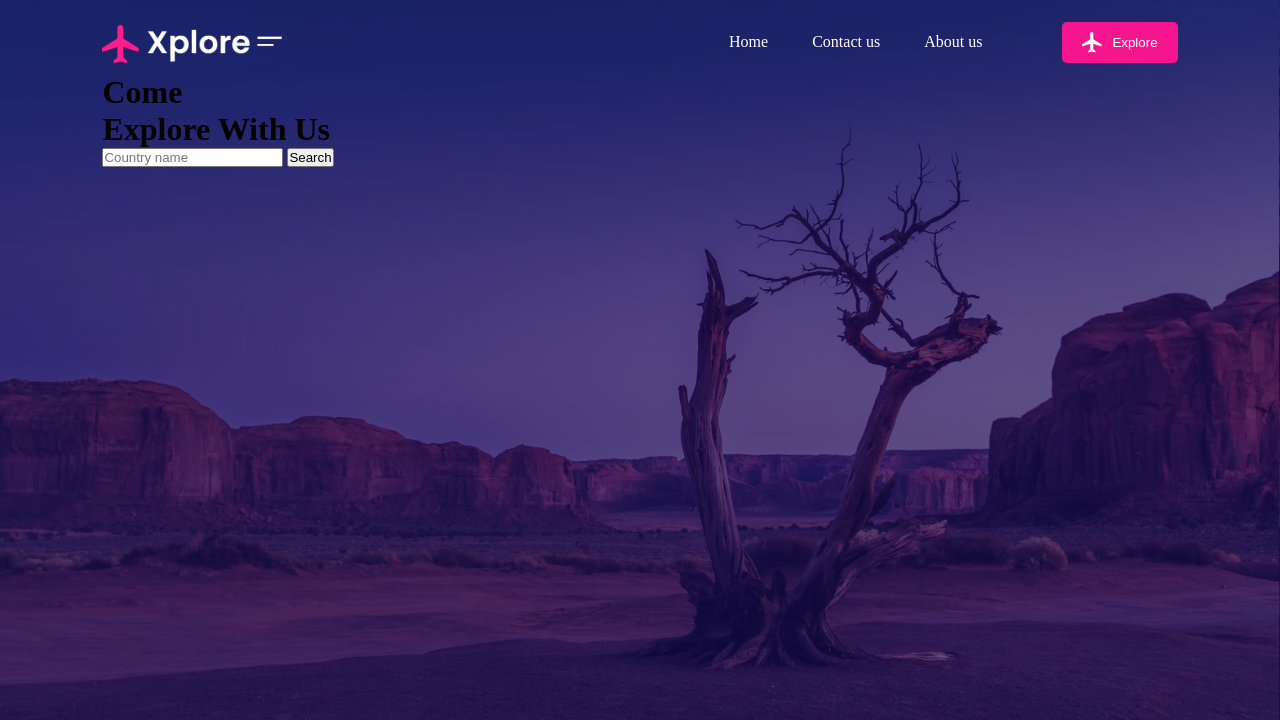
Repository: Aanchal26081/Task-2
Page: index.html
The author's editor kept a copy of each file at every save. The page is drawn from the files as they stood at one save, then again after the next save.
The browser window is 1280 px wide. The pictures show the whole page.

Above is the page before, as saved 2024-06-03 09:59:30.

After the next save:
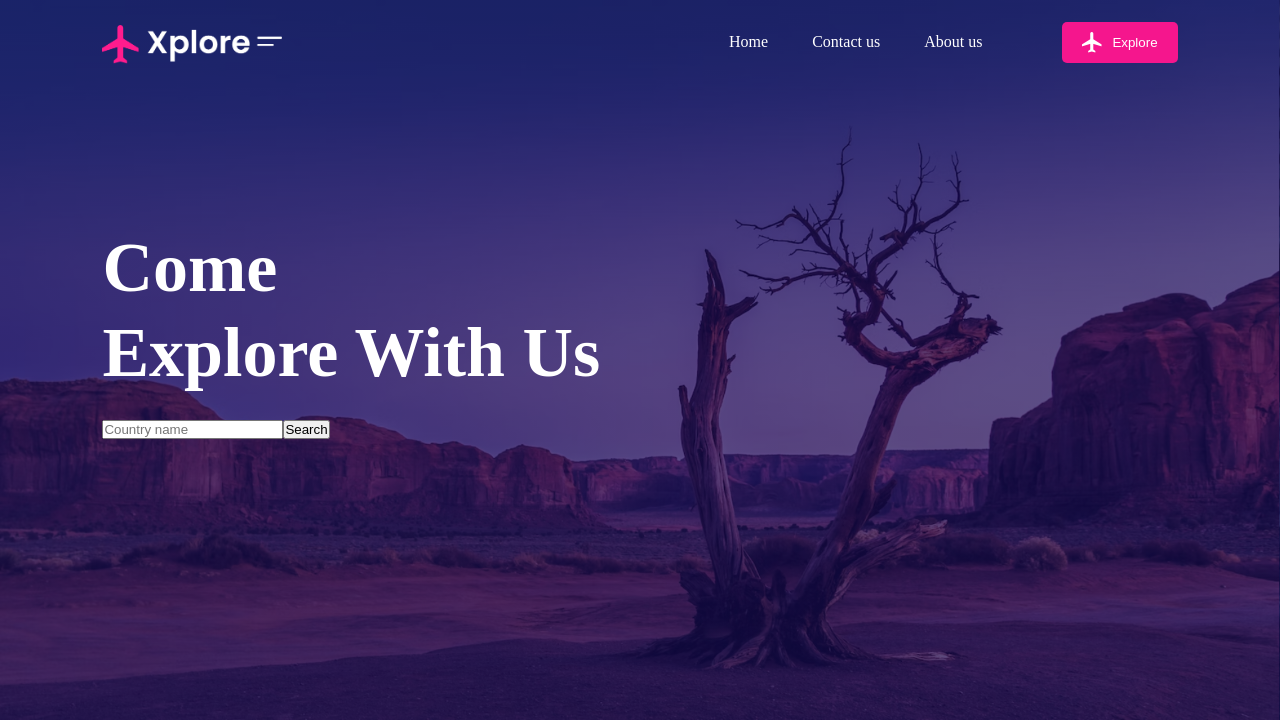
Saved 2 min 15 s later.
--- a/main.css
+++ b/main.css
@@ -52,3 +52,17 @@ nav ul li a{
     width: 20px;
     margin-right: 10px;
 }
+.content{
+    margin-top: 14%;
+    color: #fff;
+    max-width: 620px;
+}
+.content h1{
+    font-size: 70px;
+    font-weight: 600;
+    line-height: 85px;
+    margin-bottom: 25px;
+}
+.content form{
+    display: flex;
+}
